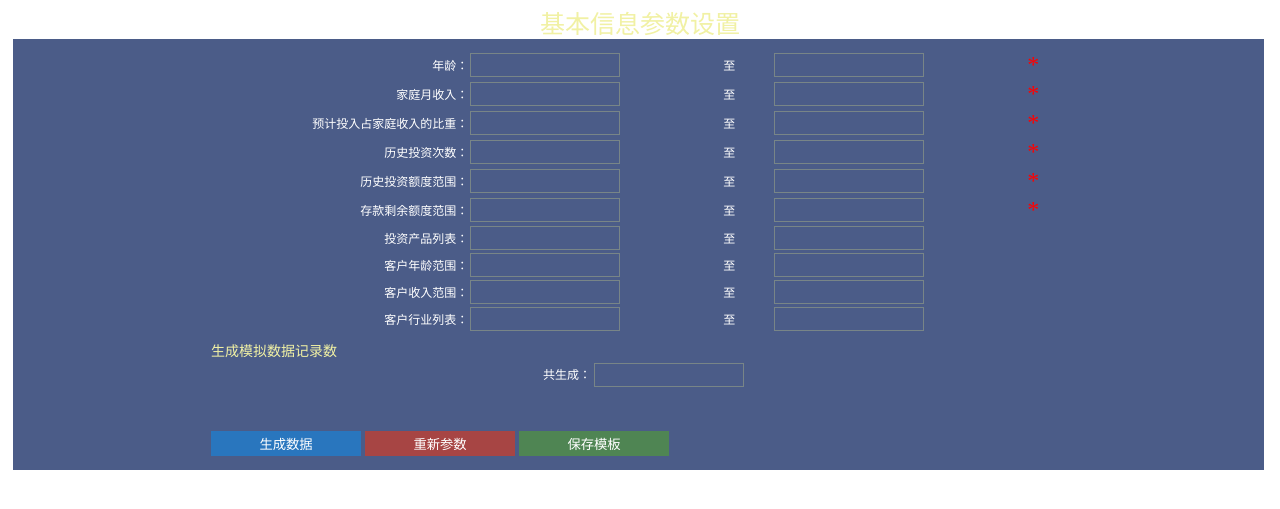
Repository: trieyouth/BigData
Page: http://localhost/BigData/WEB-INF/views/invesr-client-perference-analyse-system/data-collect/generateDataDetail.jsp
These files come from the project's save history. The page is drawn as it stood at one moment and after the next save; the edit follows.
The browser window is 1280 px wide. The pictures show the whole page.
The page is served by Tomcat 9. Nobody is signed in. The template is opened directly, without the code that normally fills it, so the values that code supplies are empty.

Above is the page before, as saved 2016-03-13 08:28:07.

After the next save:
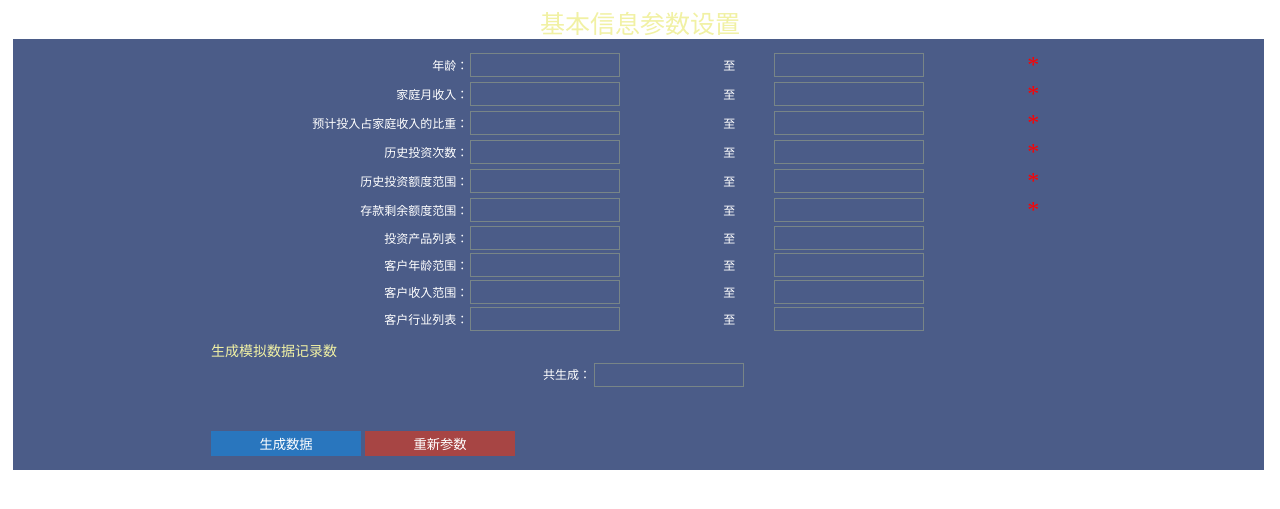
Saved 43 min 20 s later.
--- a/BigData/WebRoot/WEB-INF/views/invesr-client-perference-analyse-system/data-collect/generateDataDetail.jsp
+++ b/BigData/WebRoot/WEB-INF/views/invesr-client-perference-analyse-system/data-collect/generateDataDetail.jsp
@@ -130,7 +130,6 @@
       <button id="button1style" type="submit" onclick="ClickGenerateData()">生成数据</button>
     <!--点击此按钮后台获得参数-->
     <button type="Reset" id="button2style">重新参数</button>
-    <button type="submit" id="button3style" onclick="ClickSaveForTemplate()">保存模板</button>
       </td>
       </tr>
     </table>
